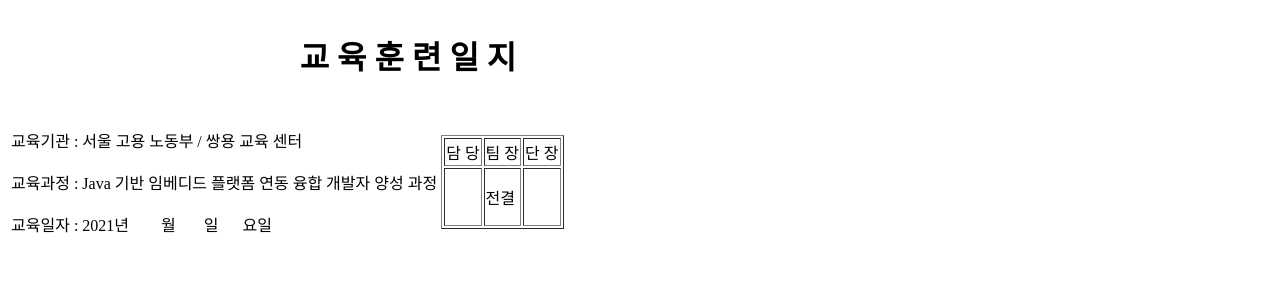
Repository: Hwang-97/HhwDesktop
Page: client/ClientTest/src/main/webapp/html/question/table/q03.html
These files come from the project's save history. The page is drawn as it stood at one moment and after the next save; the edit follows.
The browser window is 1280 px wide. The pictures show the whole page.

Above is the page before, as saved 2021-12-10 14:03:08.

### client/ClientTest/src/main/webapp/html/question/table/q03.html
<!DOCTYPE html>
<html>
<head>
<meta charset="UTF-8">
<title>Q03</title>
</head>
<body>
	<table width = "800">
		<tr>
			<td><h1 align="center">교 육 훈 련 일 지</h1></td>
		</tr>
		<tr>
			<td>&nbsp</td>
		</tr>
	</table>
	<table>
		<tr>
			<td>
			교육기관 : 서울 고용 노동부 / 쌍용 교육 센터<br>
			<br>
			교육과정 : Java 기반 임베디드 플랫폼 연동 융합 개발자 양성 과정<br>
			<br>
			교육일자 : 2021년 &nbsp;&nbsp;&nbsp;&nbsp;&nbsp;&nbsp;&nbsp;월 &nbsp;&nbsp;&nbsp;&nbsp;&nbsp;&nbsp;일 &nbsp;&nbsp;&nbsp;&nbsp;&nbsp;요일<br>
			</td>
			<td>
				<table border>
				<tr>
					<td>담 당</td>
					<td>팀 장	</td>
					<td>단 장</td>
				</tr>
				<tr>
					<td><br><br><br></td>
					<td>전결</td>
					<td><br><br><br></td>
				</tr>
			</td>
		</table>
		</tr>
	</table>
</body>
</html>

After the next save:
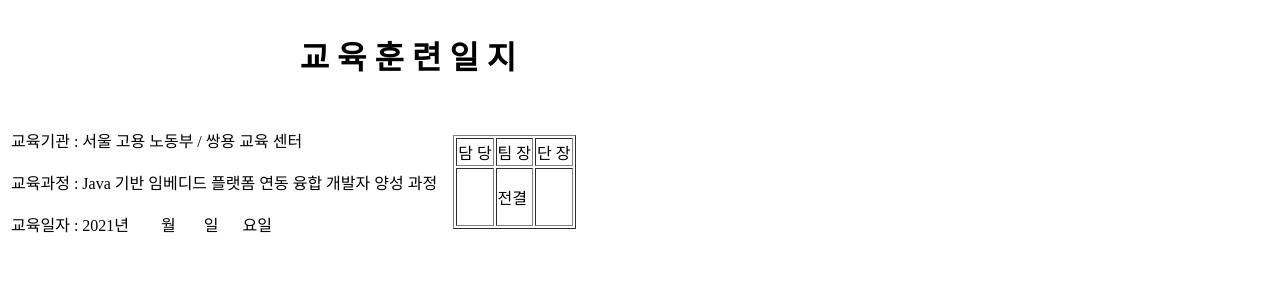
Saved 16 s later.
--- a/client/ClientTest/src/main/webapp/html/question/table/q03.html
+++ b/client/ClientTest/src/main/webapp/html/question/table/q03.html
@@ -18,7 +18,7 @@
 			<td>
 			교육기관 : 서울 고용 노동부 / 쌍용 교육 센터<br>
 			<br>
-			교육과정 : Java 기반 임베디드 플랫폼 연동 융합 개발자 양성 과정<br>
+			교육과정 : Java 기반 임베디드 플랫폼 연동 융합 개발자 양성 과정 &nbsp;&nbsp;<br>
 			<br>
 			교육일자 : 2021년 &nbsp;&nbsp;&nbsp;&nbsp;&nbsp;&nbsp;&nbsp;월 &nbsp;&nbsp;&nbsp;&nbsp;&nbsp;&nbsp;일 &nbsp;&nbsp;&nbsp;&nbsp;&nbsp;요일<br>
 			</td>
